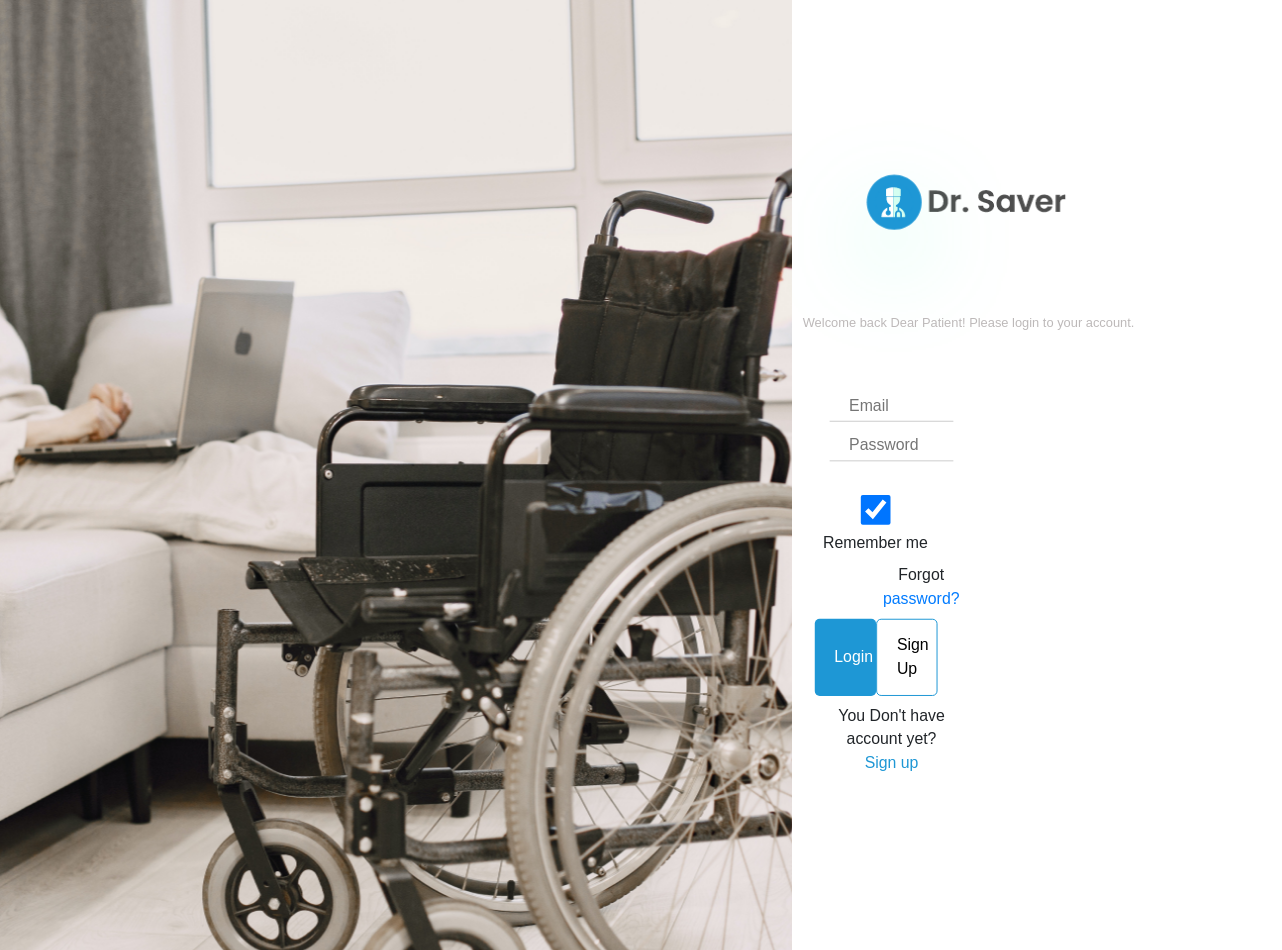
Repository: nsra/hadeel_doctor_system
Page: patient/Plogin.html
An editor plug-in stored every save of this project. The page is shown before and after the next save, followed by the edit.
The browser window is 1280 px wide. The page is 1295 px wide, so the pictures cover 1295 px, including what lies to the right of the window. The pictures show the whole page, at 99% of full size.
Some web fonts or font styles are not loaded; a fallback is used. Some web libraries are served in a nearby version.

Above is the page before, as saved 2022-03-29 16:55:27.

After the next save:
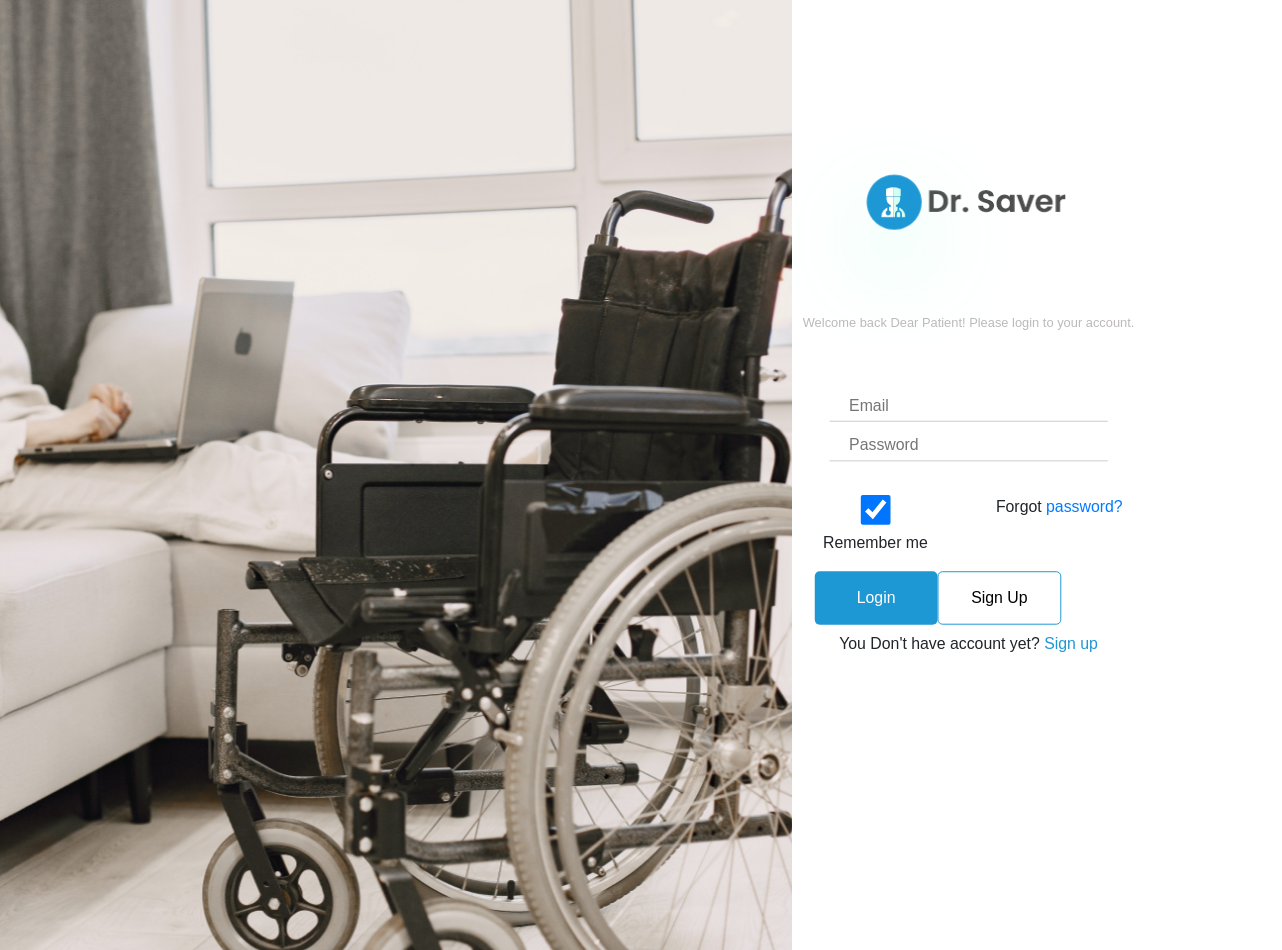
Saved 7 s later.
--- a/patient/Plogin.html
+++ b/patient/Plogin.html
@@ -26,7 +26,7 @@
            <p  class="pcol">Welcome back Dear Patient! Please login to your account.</p>
 
           <form action="action_page.php" method="post">
-        <div class="col-6">
+        <div class="col-12">
 
               <input type="email" placeholder="Email" name="email" required>
 
